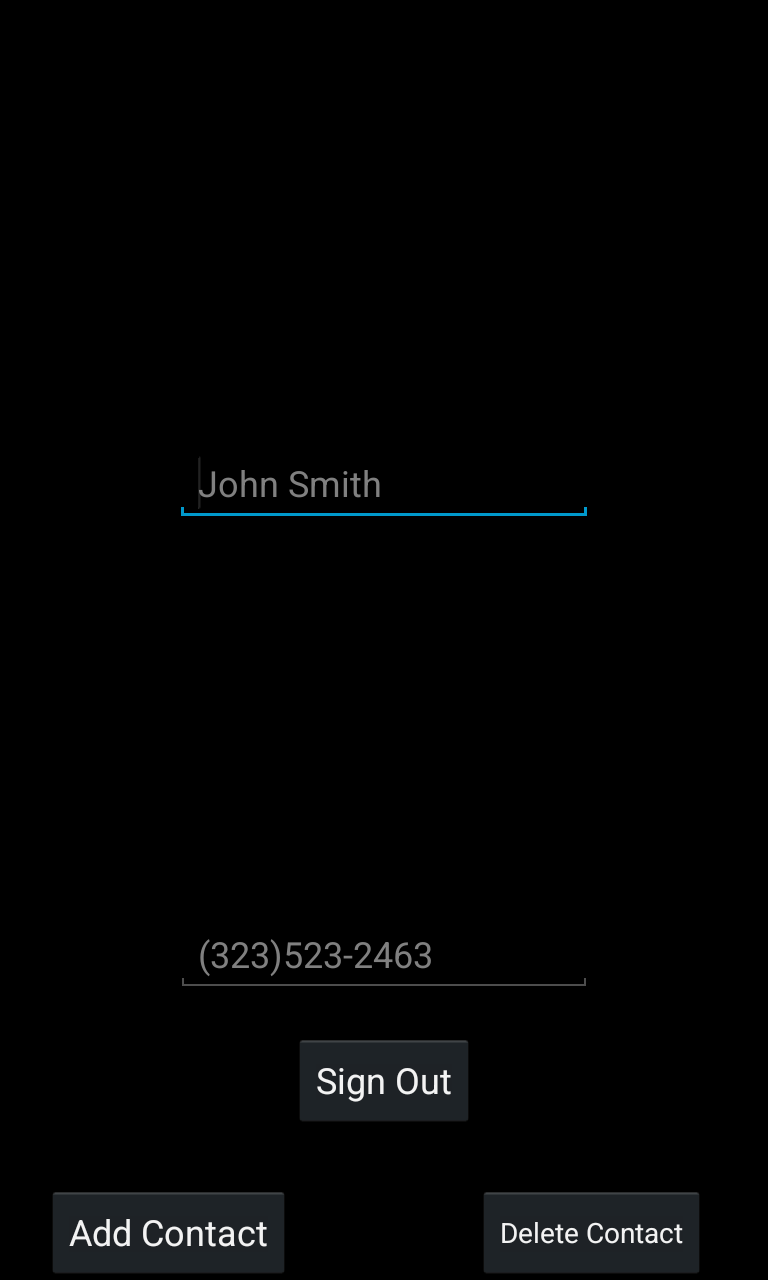
Repository: arianaantonio/CPMD
Layout: ContactsAppAndroid/res/layout/contacts_layout.xml
An editor plug-in stored every save of this project. The layout is shown before and after the next save, followed by the edit.
It is drawn on a 768 x 1280 px phone screen (xhdpi) without system bars, with theme android:Theme.Holo; the app's code is not run. Lists and similar views that code fills are empty.

Above is the layout before, as saved 2014-10-30 08:21:58.

### ContactsAppAndroid/res/layout/contacts_layout.xml
<?xml version="1.0" encoding="utf-8"?>
<RelativeLayout xmlns:android="http://schemas.android.com/apk/res/android"
    xmlns:tools="http://schemas.android.com/tools"
    android:layout_width="match_parent"
    android:layout_height="match_parent"
    android:orientation="vertical"
    tools:context="com.parse.starter.ContactsActivity" >

    <ListView
        android:id="@+id/listView1"
        android:layout_width="match_parent"
        android:layout_height="200dp"
        android:layout_alignParentTop="true"
        android:layout_centerHorizontal="true"
        android:layout_marginTop="22dp" >
    </ListView>

    <Button
        android:id="@+id/addButton"
        android:layout_width="wrap_content"
        android:layout_height="wrap_content"
        android:layout_alignParentBottom="true"
        android:layout_toLeftOf="@+id/signoutButton"
        android:text="@string/add" />

    <Button
        android:id="@+id/deleteButton"
        style="?android:attr/buttonStyleSmall"
        android:layout_width="wrap_content"
        android:layout_height="wrap_content"
        android:layout_alignParentBottom="true"
        android:layout_toRightOf="@+id/signoutButton"
        android:text="@string/delete" />

    <EditText
        android:id="@+id/contactName"
        android:layout_width="wrap_content"
        android:layout_height="wrap_content"
        android:layout_below="@+id/listView1"
        android:layout_centerHorizontal="true"
        android:hint="@string/name"
        android:ems="10" >

        <requestFocus />
    </EditText>

    <Button
        android:id="@+id/signoutButton"
        android:layout_width="wrap_content"
        android:layout_height="wrap_content"
        android:layout_above="@+id/deleteButton"
        android:layout_centerHorizontal="true"
        android:layout_marginBottom="28dp"
        android:text="@string/signOut" />

    <EditText
        android:id="@+id/contactphonenumber"
        android:layout_width="wrap_content"
        android:layout_height="wrap_content"
        android:layout_above="@+id/signoutButton"
        android:layout_alignLeft="@+id/contactName"
        android:layout_marginBottom="19dp"
        android:ems="10"
        android:hint="@string/phoneNumber"
        android:inputType="phone" />

</RelativeLayout>

### ContactsAppAndroid/res/values/strings.xml
<?xml version="1.0" encoding="utf-8"?>
<resources>
    <string name="hello">Hello World, ParseStarterProjectActivity!</string>
    <string name="app_name">ParseStarterProject</string>
    <string name="login">Log In</string>
    <string name="signup">Sign Up</string>
    <string name="skip">Skip</string>
    <string name="username">username</string>
    <string name="password">password</string>
    <string name="newUsername">Create Username</string>
    <string name="newPassword">Create Password</string>
    <string name="contacts">Contacts</string>
    <string name="name">John Smith</string>
    <string name="phoneNumber">(323)523-2463</string>
    <string name="add">Add Contact</string>
    <string name="delete">Delete Contact</string>
    <string name="signOut">Sign Out</string>

</resources>

After the next save:
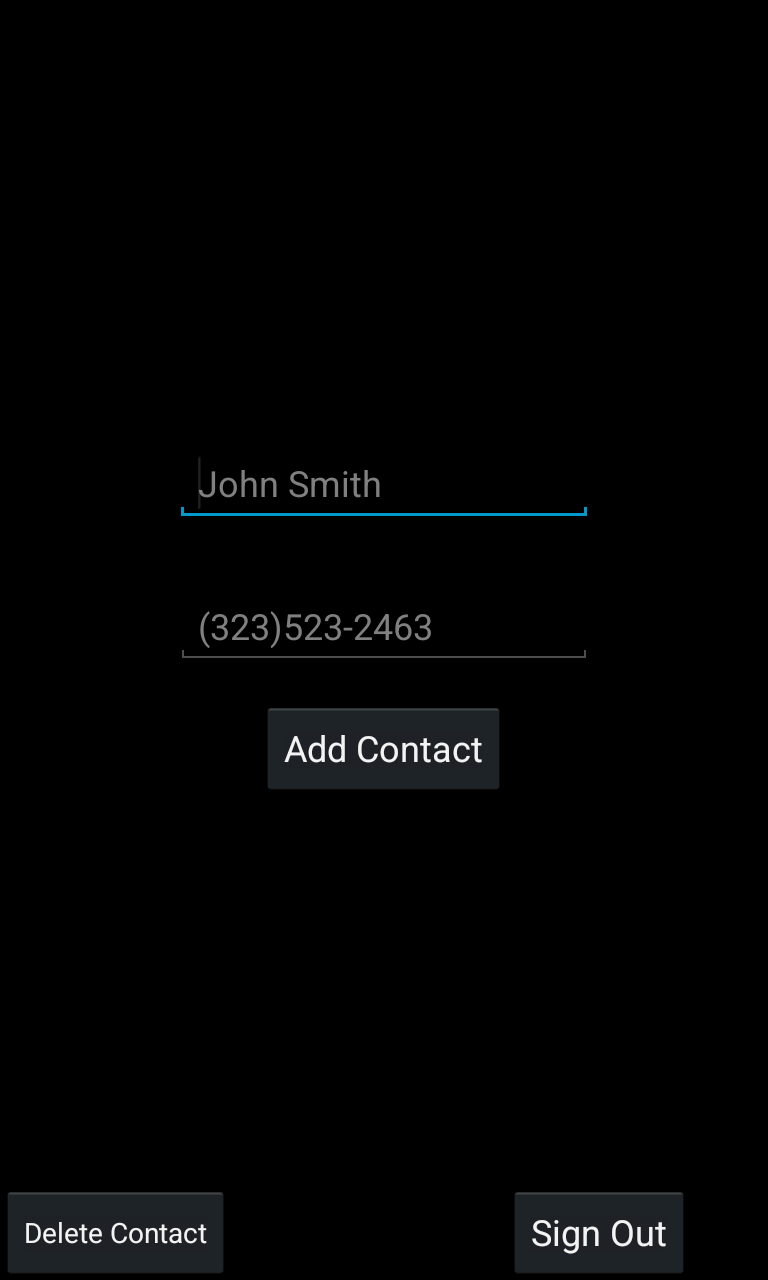
Saved 46 s later.
--- a/ContactsAppAndroid/res/layout/contacts_layout.xml
+++ b/ContactsAppAndroid/res/layout/contacts_layout.xml
@@ -15,23 +15,6 @@
         android:layout_marginTop="22dp" >
     </ListView>
 
-    <Button
-        android:id="@+id/addButton"
-        android:layout_width="wrap_content"
-        android:layout_height="wrap_content"
-        android:layout_alignParentBottom="true"
-        android:layout_toLeftOf="@+id/signoutButton"
-        android:text="@string/add" />
-
-    <Button
-        android:id="@+id/deleteButton"
-        style="?android:attr/buttonStyleSmall"
-        android:layout_width="wrap_content"
-        android:layout_height="wrap_content"
-        android:layout_alignParentBottom="true"
-        android:layout_toRightOf="@+id/signoutButton"
-        android:text="@string/delete" />
-
     <EditText
         android:id="@+id/contactName"
         android:layout_width="wrap_content"
@@ -44,24 +27,41 @@
         <requestFocus />
     </EditText>
 
+    <EditText
+        android:id="@+id/contactphonenumber"
+        android:layout_width="wrap_content"
+        android:layout_height="wrap_content"
+        android:layout_alignLeft="@+id/contactName"
+        android:layout_below="@+id/contactName"
+        android:layout_marginTop="32dp"
+        android:ems="10"
+        android:hint="@string/phoneNumber"
+        android:inputType="phone" />
+
+    <Button
+        android:id="@+id/addButton"
+        android:layout_width="wrap_content"
+        android:layout_height="wrap_content"
+        android:layout_below="@+id/contactphonenumber"
+        android:layout_centerHorizontal="true"
+        android:layout_marginTop="17dp"
+        android:text="@string/add" />
+
+    <Button
+        android:id="@+id/deleteButton"
+        style="?android:attr/buttonStyleSmall"
+        android:layout_width="wrap_content"
+        android:layout_height="wrap_content"
+        android:layout_alignParentBottom="true"
+        android:layout_alignParentLeft="true"
+        android:text="@string/delete" />
+
     <Button
         android:id="@+id/signoutButton"
         android:layout_width="wrap_content"
         android:layout_height="wrap_content"
-        android:layout_above="@+id/deleteButton"
-        android:layout_centerHorizontal="true"
-        android:layout_marginBottom="28dp"
+        android:layout_alignParentBottom="true"
+        android:layout_toRightOf="@+id/addButton"
         android:text="@string/signOut" />
 
-    <EditText
-        android:id="@+id/contactphonenumber"
-        android:layout_width="wrap_content"
-        android:layout_height="wrap_content"
-        android:layout_above="@+id/signoutButton"
-        android:layout_alignLeft="@+id/contactName"
-        android:layout_marginBottom="19dp"
-        android:ems="10"
-        android:hint="@string/phoneNumber"
-        android:inputType="phone" />
-
 </RelativeLayout>
